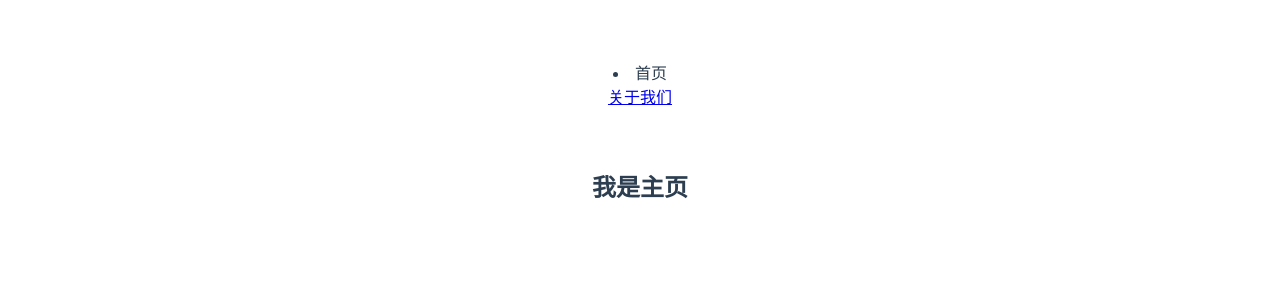
Repository: 1142235090/study_vue
Page: / (app in vue-cli脚手架/vueRouter/)
An editor plug-in stored every save of this project. The page is shown before and after the next save, followed by the edit.
The browser window is 1280 px wide. The pictures show the whole page.
The project was rebuilt for these pictures with package versions that can differ from the ones it lists, and the page was loaded fresh each time. Also part of the build but not shown: vue-cli脚手架/vueRouter/src/components/About.vue.

Above is the page before, as saved 2020-12-14 16:54:18.

After the next save:
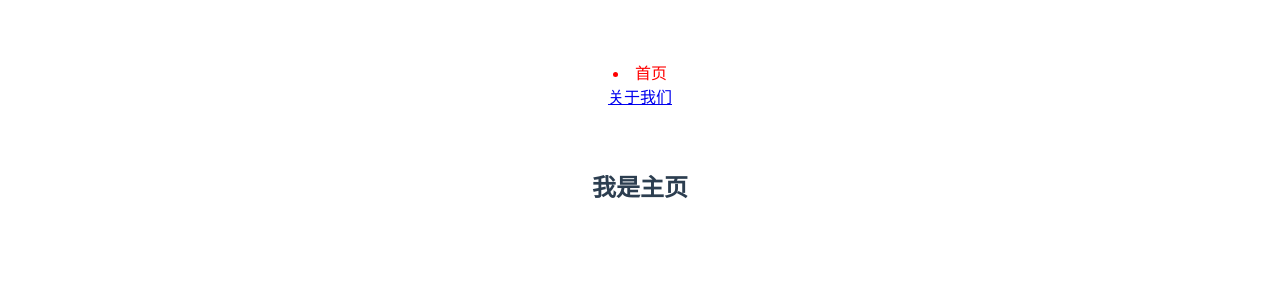
Saved 4 min 11 s later.
--- a/vue-cli脚手架/vueRouter/src/App.vue
+++ b/vue-cli脚手架/vueRouter/src/App.vue
@@ -1,8 +1,8 @@
 <template>
   <div id="app">
     <!-- router-link是router注册过的全局组件，到最后会被渲染成a标签 -->
-    <router-link to="/home" tag="li" replace>首页</router-link>
-    <router-link to="/about" replace>关于我们</router-link>
+    <router-link to="/home" tag="li" replace active-class="active">首页</router-link>
+    <router-link to="/about" replace active-class="active">关于我们</router-link>
     <!-- 一旦上边触发了url改变，就会将指定组件的view显示到router-view位置 -->
     <router-view></router-view>
   </div>
@@ -23,4 +23,7 @@
   color: #2c3e50;
   margin-top: 60px;
 }
+.active{
+  color: red;
+}
 </style>
